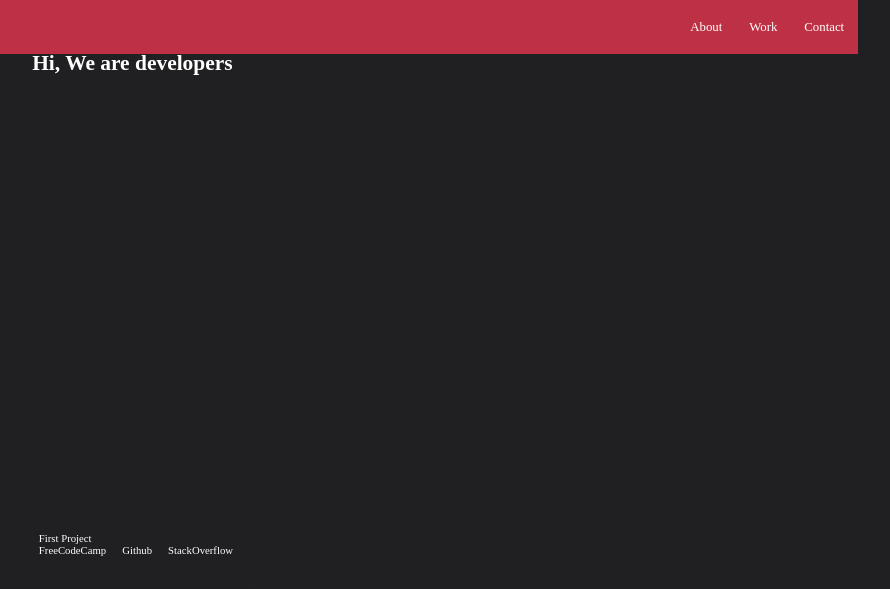
Repository: justicebhekani88/microverse_portfolio_project
Page: index.html
These files come from the project's save history. The page is drawn as it stood at one moment and after the next save; the edit follows.
The browser window is 1280 px wide. The page is 1328 px wide, so the pictures cover 1328 px, including what lies to the right of the window. The pictures show the whole page, at 67% of full size.

Above is the page before, as saved 2022-07-21 15:12:22.

After the next save:
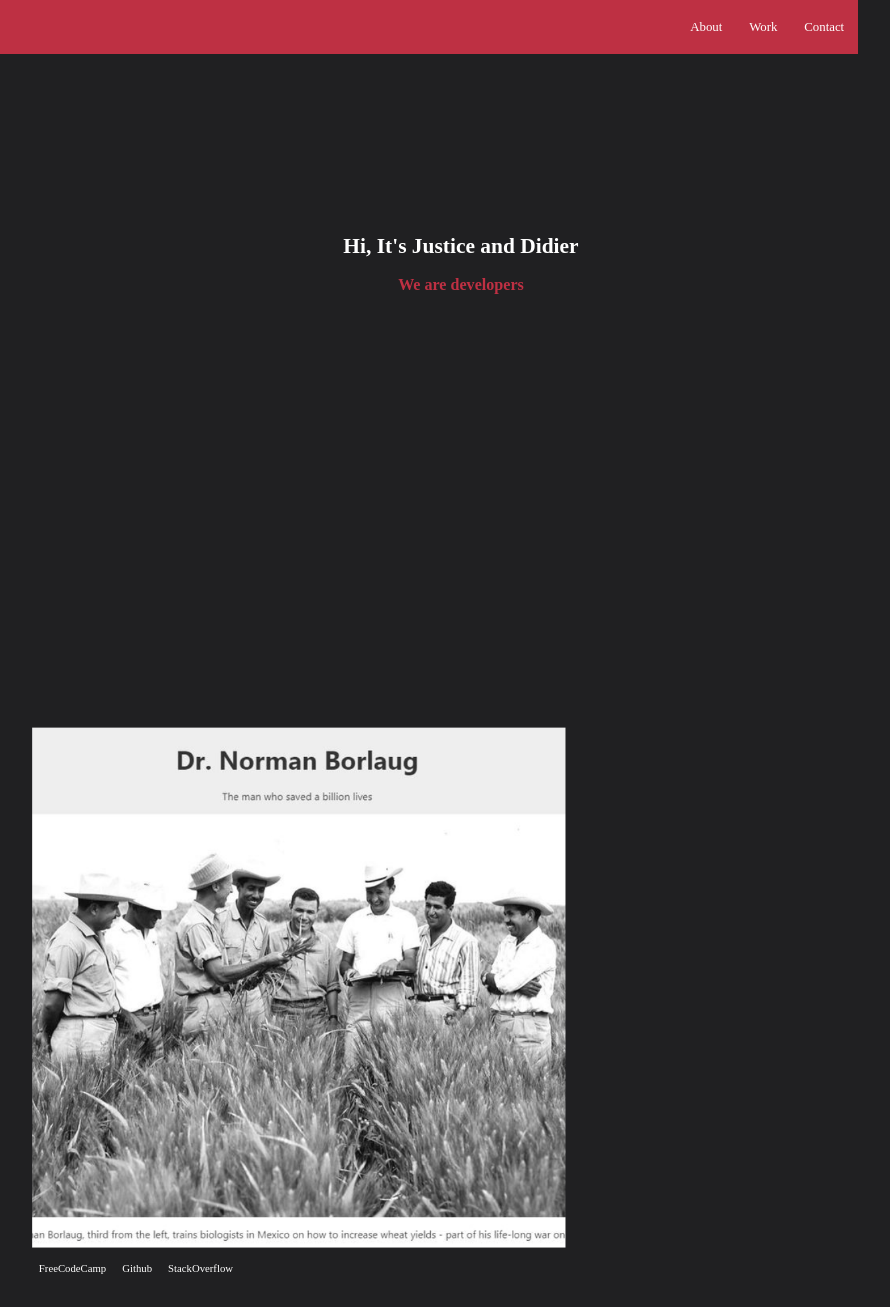
Saved 2 min 57 s later.
--- a/index.html
+++ b/index.html
@@ -19,13 +19,19 @@
     </nav>
     <div id="main">
         <section id="welcome-section">
-            <h1>Hi, We are developers</h1>
+            <div id="welcome-text">
+                <h1>Hi, It's Justice and Didier</h1>
+                <h2>We are developers</h2>
+            </div>
         </section>
         <section id="projects">
-            <div class="project-tile"></div>
+            <div class="project-tile">
             <a href="">
-                First Project
+                <div>
+                    <img src="project.png" alt="Project Image">
+                </div>
             </a>
+        </div>
         </section>
         <section>
             <a href="#" id="profile-link" target="_blank">FreeCodeCamp</a>
